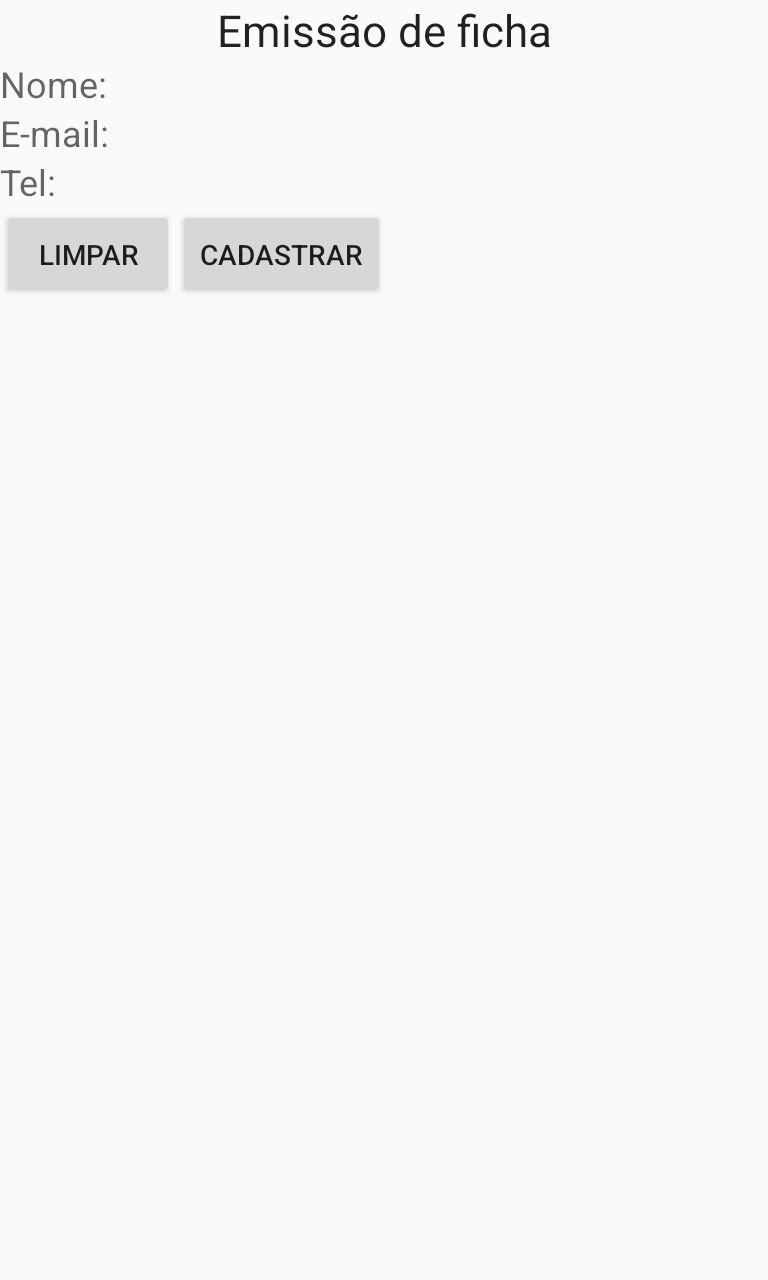
Repository: StefanoAraujo/MiniCurso.Android.Basico.Cadastro
Layout: Clientes/res/layout/activity_form.xml
These files come from the project's save history. The layout is drawn as it stood at one moment and after the next save; the edit follows.
It is drawn on a 768 x 1280 px phone screen (xhdpi) without system bars, with theme AppTheme; the app's code is not run.

Above is the layout before, as saved 2015-03-01 18:28:57.

After the next save:
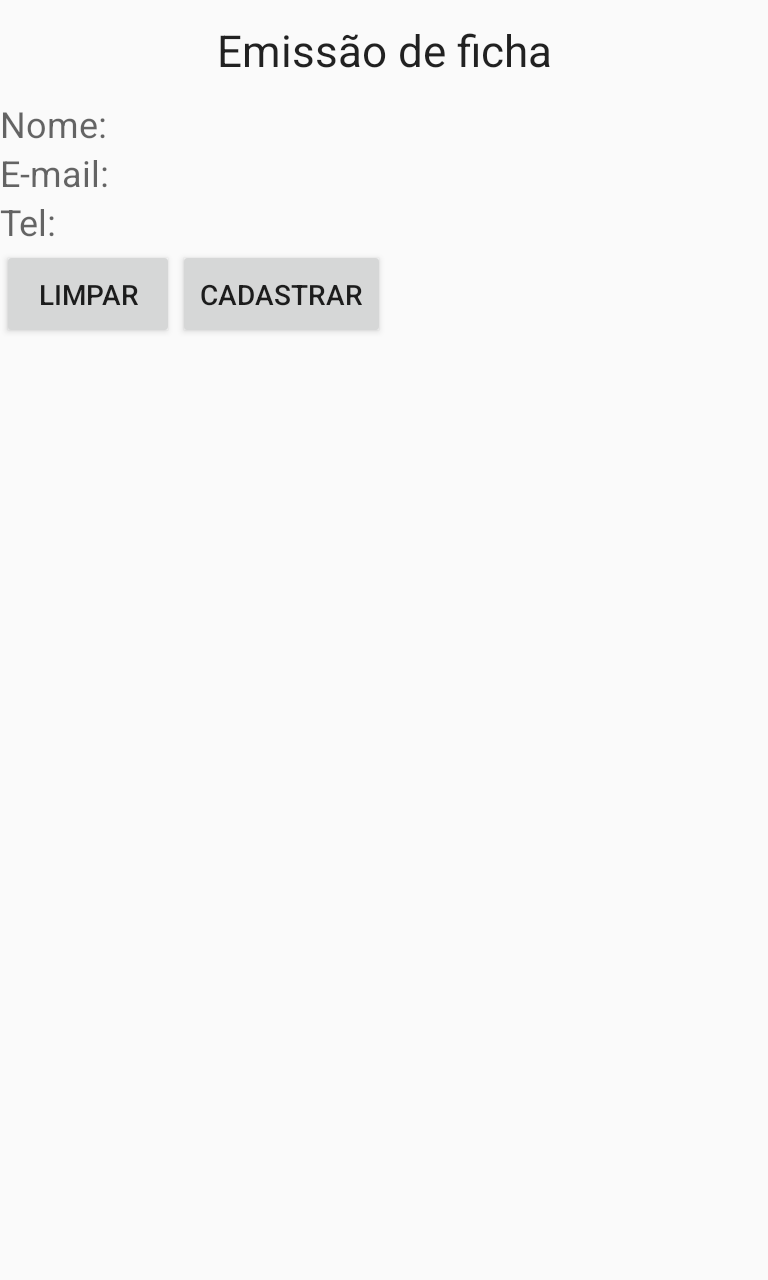
Saved 51 s later.
--- a/Clientes/res/layout/activity_form.xml
+++ b/Clientes/res/layout/activity_form.xml
@@ -10,6 +10,7 @@
         android:layout_width="match_parent"
         android:layout_height="wrap_content"
         android:gravity="center"
+        android:layout_margin="10dp"
         android:text="Emissão de ficha"
         android:textAppearance="?android:attr/textAppearanceLarge" />
 
